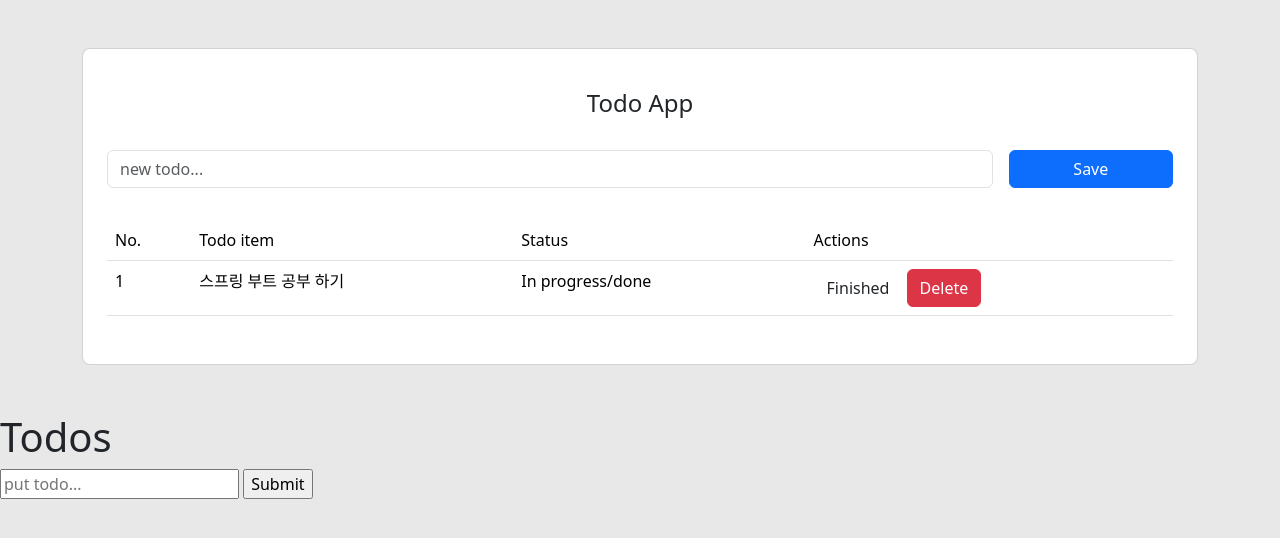
Repository: PungFackMo/springbootwork
Page: http://localhost/todos
An editor plug-in stored every save of this project. The page is shown before and after the next save, followed by the edit.
The browser window is 1280 px wide. The pictures show the whole page.
The page is this project's Thymeleaf template; nobody is signed in. The template is opened directly, without the code that normally fills it, so the values that code supplies are empty.

Above is the page before, as saved 2024-06-17 06:15:56.

### TodoApp/src/main/resources/templates/todos.html
<!DOCTYPE html>
<html>
	<head>
		<meta charset="UTF-8">
		<title>Insert title here</title>
			<link href="https://cdn.jsdelivr.net/npm/bootstrap@5.3.3/dist/css/bootstrap.min.css" rel="stylesheet" integrity="sha384-QWTKZyjpPEjISv5WaRU9OFeRpok6YctnYmDr5pNlyT2bRjXh0JMhjY6hW+ALEwIH" crossorigin="anonymous">
		<style>
			body{
				background: #e8e8e8;
			}
		</style>
	</head>
	<body>
		<!-- templates/todos.html -->
		<section class="container py-5 h-100">
			<div class="justify-content-center align-items-venter h-100">
				<div class="card rounded-3">
					<div class="card-body p-4">
						<h4 class="text-center my-3 pb-3">Todo App</h4>

						<form
							th:action="@{/put}" method="post"
							class="row justify-content-center align-items-venter mb-4 pb-2 g-3"
						>
							<div class="col-10">
								<div class="form-outline">
									<input id="put-todo" type="text" class="form-control"
										placeholder="new todo..." name="content"
									>
									<!--
									<label class="form-Label" for ="psut-todo">new todo</label>
									 -->
								</div>
							</div>
							<div class="col-2 d-grid gap-2 mx-auto">
								<button type="submit" class="btn btn-primary">Save</button>
							</div>
						</form>
						<table class="table mb-4">
							<thead>
								<tr>
									<td>No.</td>
									<td>Todo item</td>
									<td>Status</td>
									<td>Actions</td>
								</tr>
							</thead>
							<tbody>
								<tr>
									<td>1</td>
									<td>스프링 부트 공부 하기</td>
									<td>In progress/done</td>
									<td>
										<button class="btn btn-sucess">Finished</button>
										<button class="btn btn-danger">Delete</button>
									</td>
								</tr>
							</tbody>
						</table>
					</div>
				</div>
			</div>
		</section>
		<h1>Todos</h1>
		<!--
			get방식 요청: 주소창에 데이터가 노출
			post방식 요청 : 주소창에 데이터가 노출 안됨
		 -->
		<form th:action="@{/put}" method="post">
			<input name="content" placeholder="put todo...">
			<input type="submit">
		</form>

		<div th:each="todo:${todos}">
			<div th:text="${todo.id}"></div>
			<div th:text="${todo.content}"></div>
			<div th:text="${todo.completed}"></div>
		</div>
		<script src="https://cdn.jsdelivr.net/npm/bootstrap@5.3.3/dist/js/bootstrap.bundle.min.js" integrity="sha384-YvpcrYf0tY3lHB60NNkmXc5s9fDVZLESaAA55NDzOxhy9GkcIdslK1eN7N6jIeHz" crossorigin="anonymous"></script>
	</body>
</html>

After the next save:
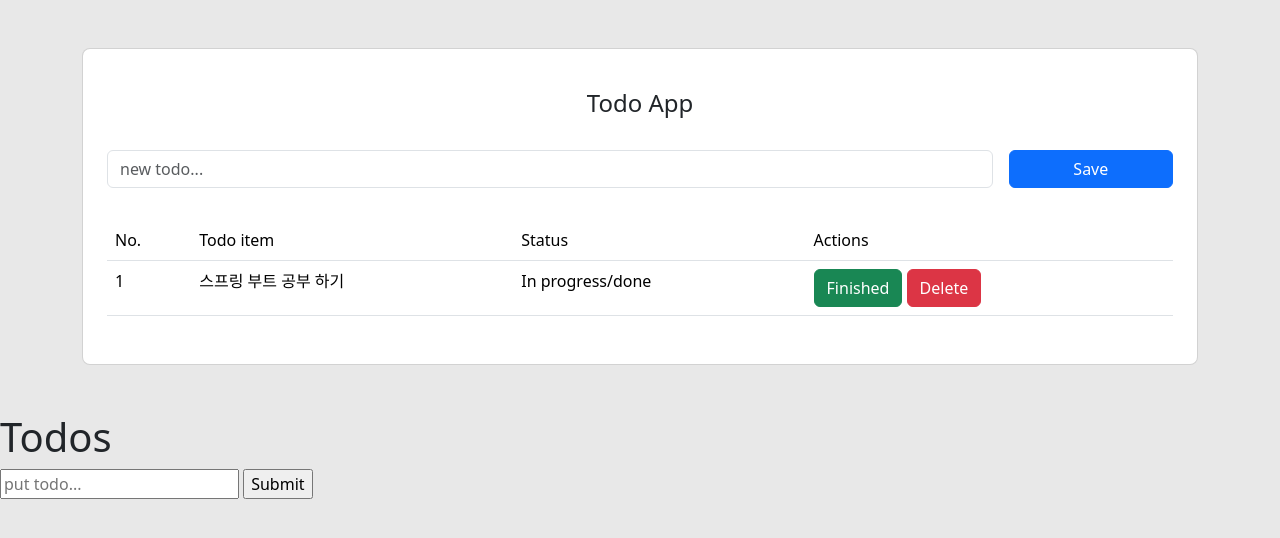
Saved 38 s later.
--- a/TodoApp/src/main/resources/templates/todos.html
+++ b/TodoApp/src/main/resources/templates/todos.html
@@ -51,7 +51,7 @@
 									<td>스프링 부트 공부 하기</td>
 									<td>In progress/done</td>
 									<td>
-										<button class="btn btn-sucess">Finished</button>
+										<button class="btn btn-success">Finished</button>
 										<button class="btn btn-danger">Delete</button>
 									</td>
 								</tr>
